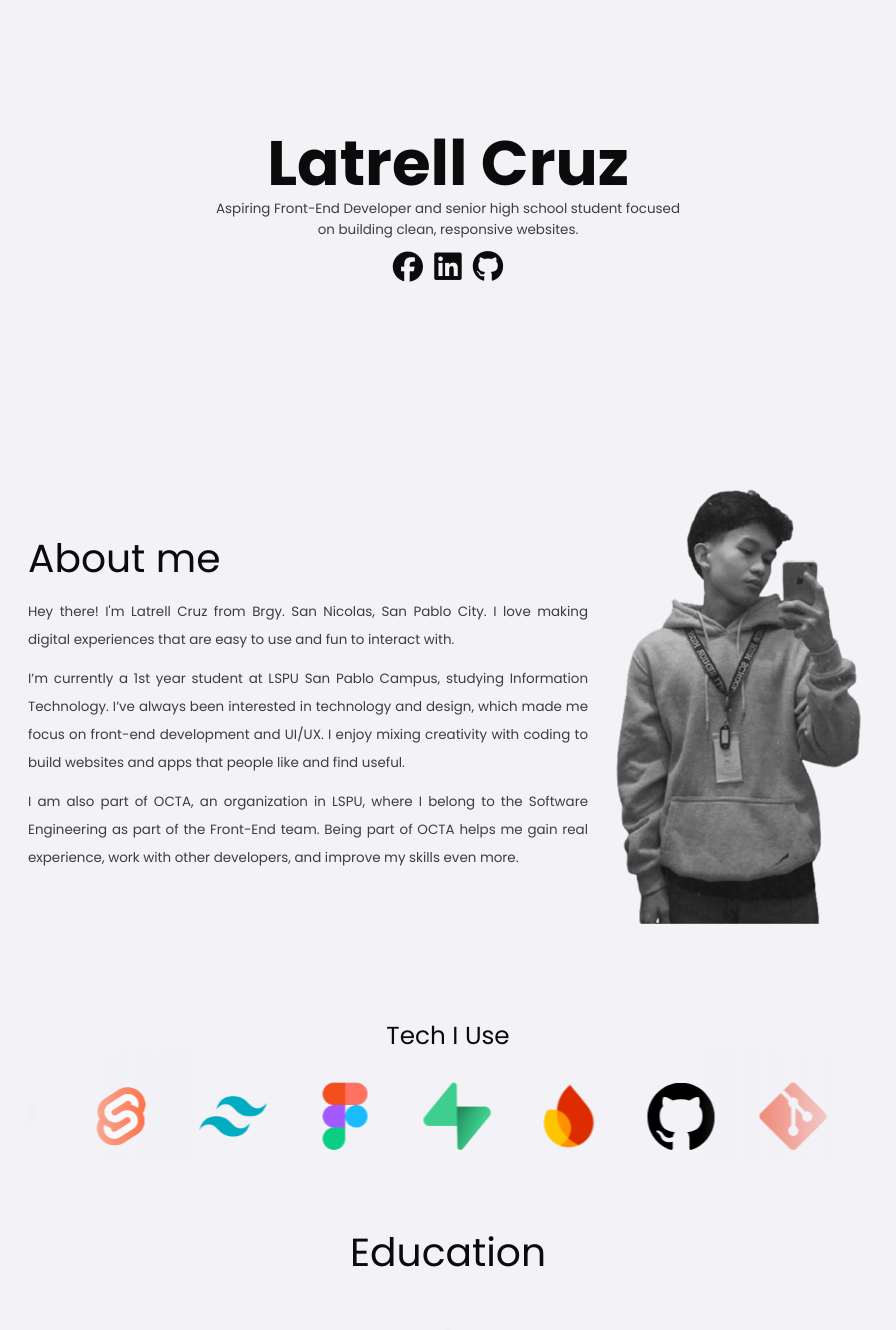
Repository: Latrell26/Portfolio-schoolProject
Page: /
An editor plug-in stored every save of this project. The page is shown before and after the next save, followed by the edit.
The browser window is 1280 px wide. The pictures show the part of the page from y = 74 to 1974 px (the page is 6276 px tall before and 4311 px after), at 70% of full size.
Pictures or frames that could not be fetched are drawn as grey boxes. The project was rebuilt for these pictures with package versions that can differ from the ones it lists, and the page was loaded fresh each time. Also part of the build but not shown: svelte.config.js, vite.config.js.

Above is the page before, as saved 2026-01-02 22:08:06.

After the next save:
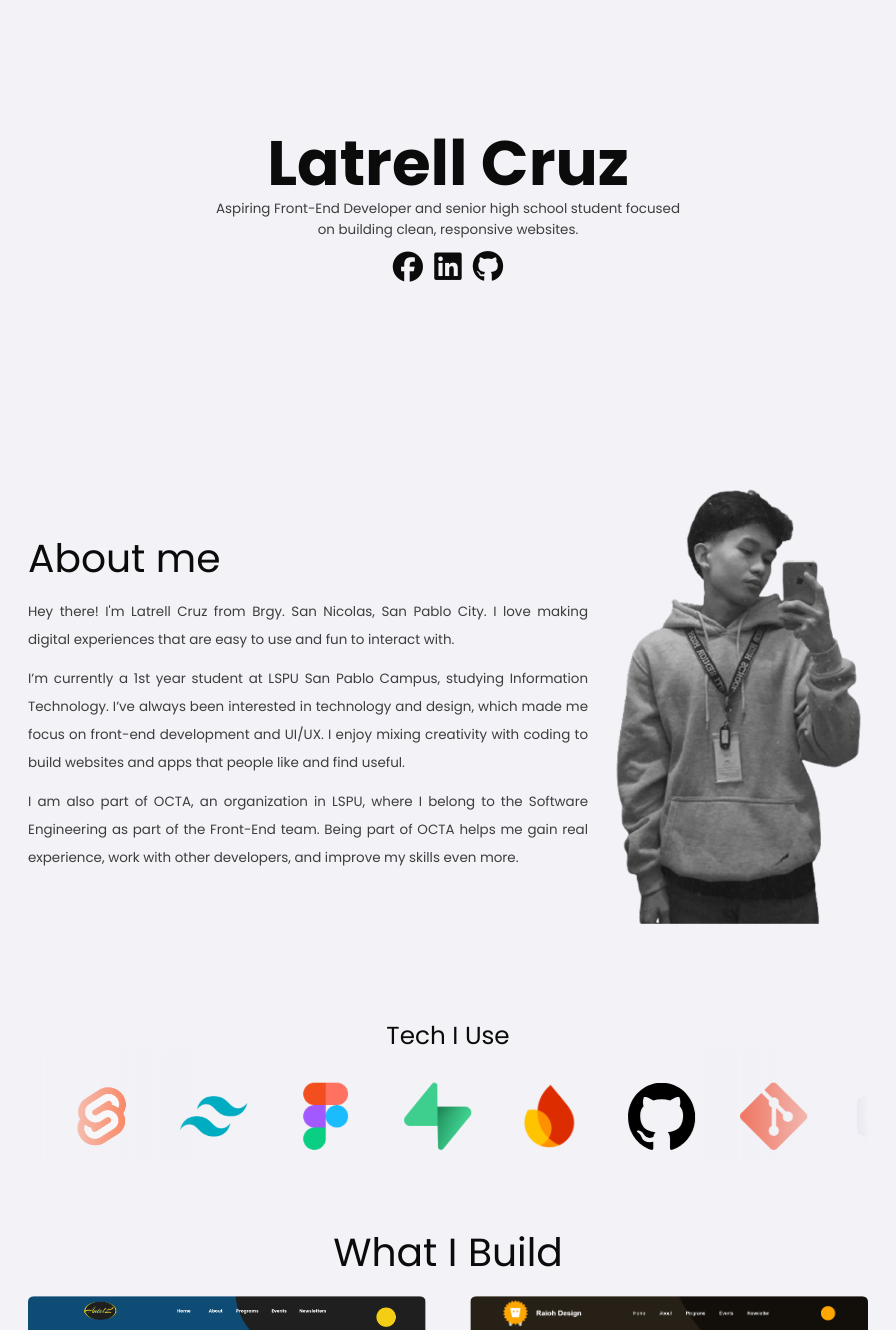
Saved 54 s later.
--- a/src/App.svelte
+++ b/src/App.svelte
@@ -153,28 +153,7 @@
 
       </div>
   </section>
-  <section id="education" class="py-20 px-6">
-  <div class="max-w-6xl mx-auto">
-    <h2 class="text-center mb-20">Education</h2>
 
-    <div class="relative">
-      <div class="absolute left-1/2 transform -translate-x-1/2 w-0.5 bg-gray-300 dark:bg-gray-700 h-full hidden lg:block"></div>
-
-      <div class="space-y-0">
-        {#each education as edu, i}
-          <TimelineItem
-            school={edu.school}
-            level={edu.level}
-            year={edu.year}
-            imageSrc={edu.imageSrc}
-            imageAlt={edu.imageAlt}
-            isLeft={i % 2 === 0}
-          />
-        {/each}
-      </div>
-    </div>
-  </div>
-</section>
   <section class="mb-70 pt-20" id="projects">
     <h2 class="text-center mb-8">What I Build</h2>
     <div class="flex flex-wrap justify-center">
